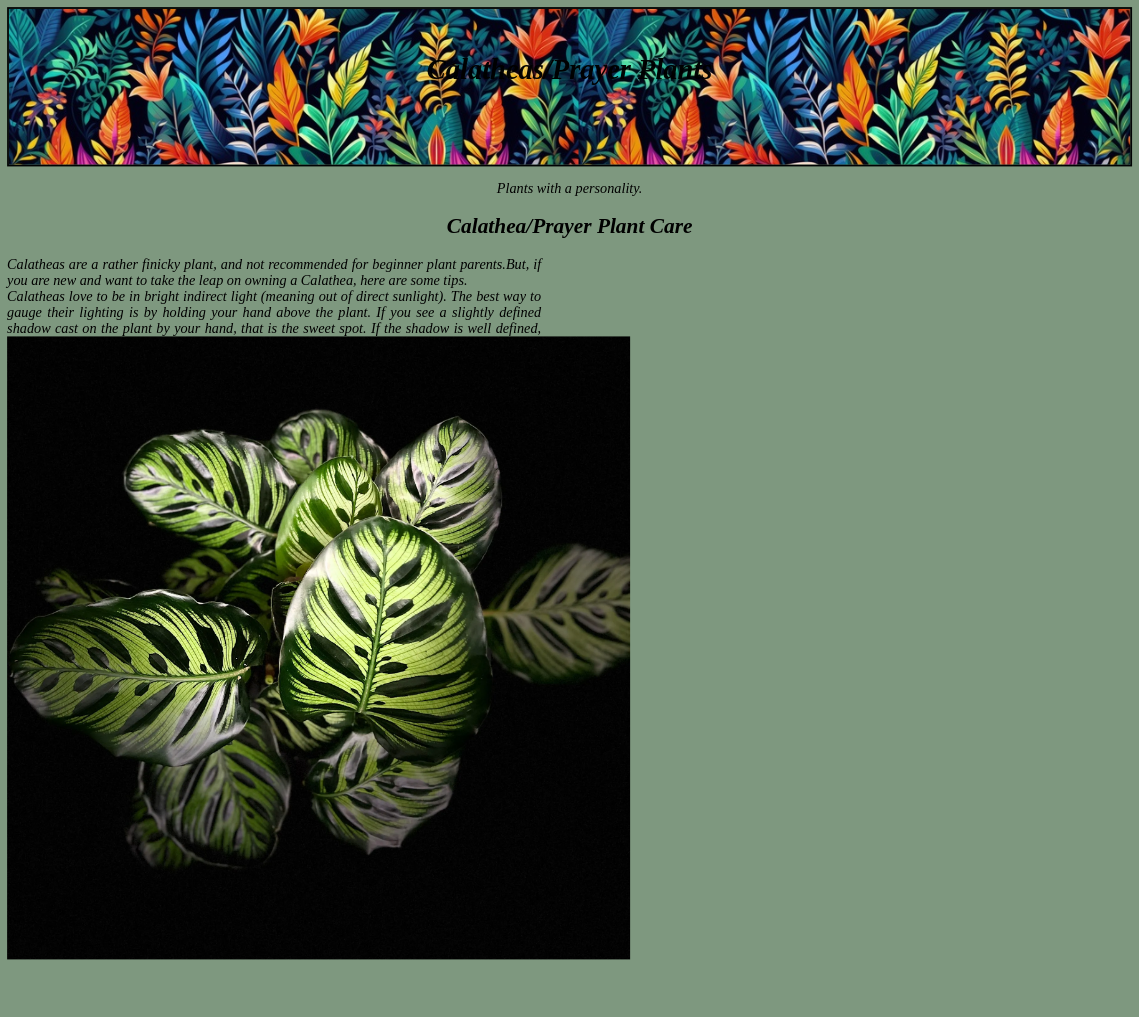
Repository: swillis91/odin-recipies
Page: Planty Page/calatheas.html
An editor plug-in stored every save of this project. The page is shown before and after the next save, followed by the edit.
The browser window is 1280 px wide. The pictures show the whole page, at 89% of full size.

Above is the page before, as saved 2023-08-11 00:15:07.

After the next save:
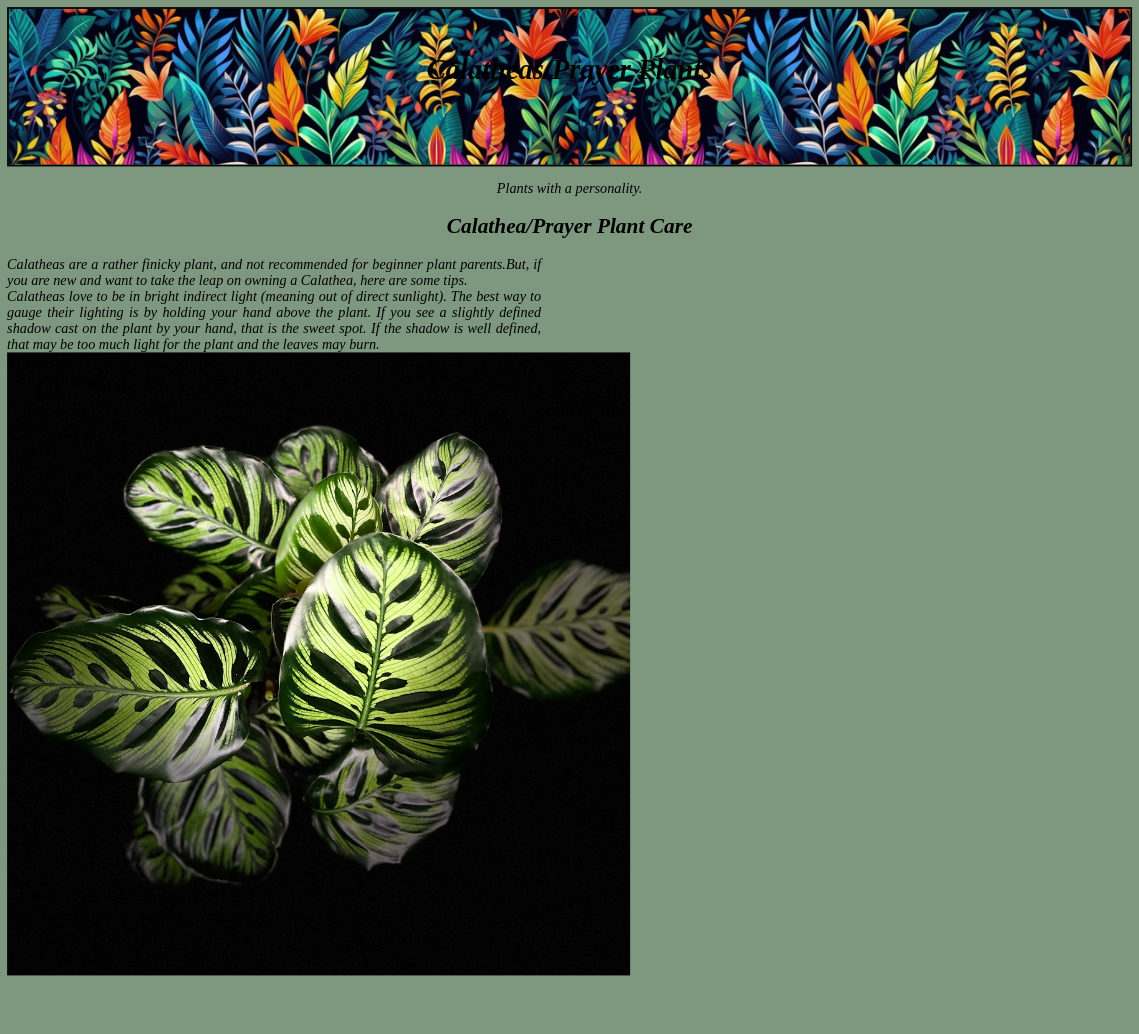
Saved 23 s later.
--- a/Planty Page/calatheas.html
+++ b/Planty Page/calatheas.html
@@ -10,7 +10,9 @@
             <h2>Calathea/Prayer Plant Care</h2>
               <p class="care">Calatheas are a rather finicky plant, and not recommended for beginner plant parents.But, if you are new and want to take the leap on owning a Calathea, here are some tips.
                 <br>
-                Calatheas love to be in bright indirect light (meaning out of direct sunlight). The best way to gauge their lighting is by holding your hand above the plant. If you see a slightly defined shadow cast on the plant by your hand, that is the sweet spot. If the shadow is well defined,
+                Calatheas love to be in bright indirect light (meaning out of direct sunlight). The best way to gauge their lighting is by holding your hand above the plant. If you see a slightly defined shadow cast on the plant by your hand, that is the sweet spot. If the shadow is well defined, that may be too much light for the plant and the leaves may burn.
+                <br>
+
                 <img src="./Images/makoyana.webp" id="calathea makoyana" width="700px">
 
                 </tr>
